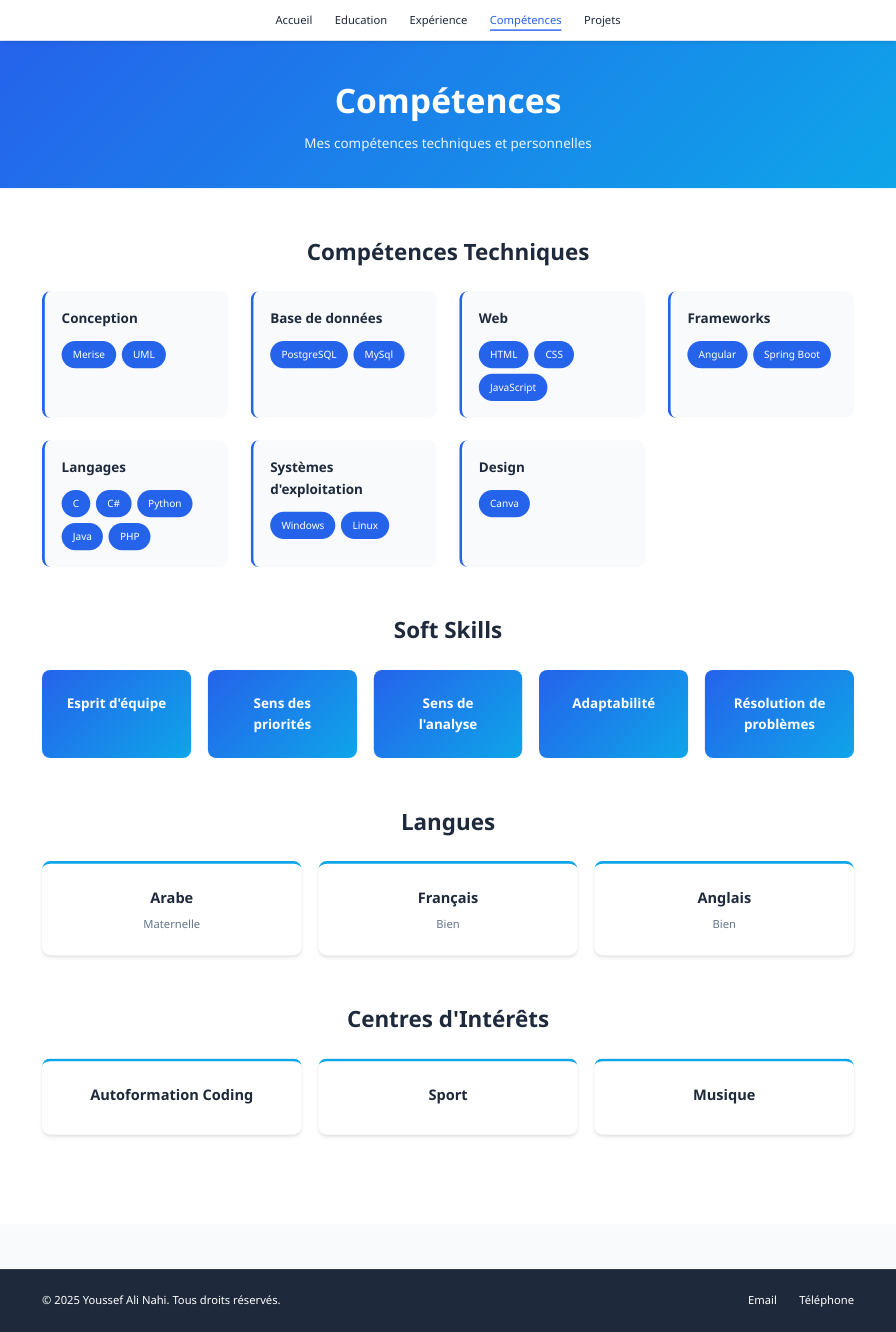
Repository: Youssef-Nahi504/My_Portfolio
Page: competences.html
An editor plug-in stored every save of this project. The page is shown before and after the next save, followed by the edit.
The browser window is 1280 px wide. The pictures show the whole page, at 70% of full size.

Above is the page before, as saved 2025-12-19 16:15:26.

### competences.html
<!DOCTYPE html>
<html lang="fr">
<head>
    <meta charset="UTF-8">
    <meta name="viewport" content="width=device-width, initial-scale=1.0">
    <title>Compétences - Youssef Ali Nahi</title>
    <link rel="stylesheet" href="style.css">
</head>
<body>
    <nav class="navbar">
        <div class="nav-container">
            <ul class="nav-menu">
                <li><a href="index.html">Accueil</a></li>
                <li><a href="Education.html" >Education</a></li>
                <li><a href="experience.html">Expérience</a></li>
                <li><a href="competences.html" class="active">Compétences</a></li>
                <li><a href="projets.html">Projets</a></li>
            </ul>
            <div class="hamburger">
                <span></span>
                <span></span>
                <span></span>
            </div>
        </div>
    </nav>

    <main>
        <section class="page-header">
            <div class="container">
                <h1>Compétences</h1>
                <p>Mes compétences techniques et personnelles</p>
            </div>
        </section>

        <section class="skills-section">
            <div class="container">
                <div class="skills-category">
                    <h2 class="category-title">Compétences Techniques</h2>
                    <div class="skills-grid">
                        <div class="skill-group">
                            <h3>Conception</h3>
                            <div class="skill-tags">
                                <span class="skill-tag">Merise</span>
                                <span class="skill-tag">UML</span>
                            </div>
                        </div>
                        <div class="skill-group">
                            <h3>Base de données</h3>
                            <div class="skill-tags">
                                <span class="skill-tag">PostgreSQL</span>
                                <span class="skill-tag">MySql</span>
                            </div>
                        </div>
                        <div class="skill-group">
                            <h3>Web</h3>
                            <div class="skill-tags">
                                <span class="skill-tag">HTML</span>
                                <span class="skill-tag">CSS</span>
                                <span class="skill-tag">JavaScript</span>
                            </div>
                        </div>
                        <div class="skill-group">
                            <h3>Frameworks</h3>
                            <div class="skill-tags">
                                <span class="skill-tag">Angular</span>
                                <span class="skill-tag">Spring Boot</span>
                            </div>
                        </div>
                        <div class="skill-group">
                            <h3>Langages</h3>
                            <div class="skill-tags">
                                <span class="skill-tag">C</span>
                                <span class="skill-tag">C#</span>
                                <span class="skill-tag">Python</span>
                                <span class="skill-tag">Java</span>
                                <span class="skill-tag">PHP</span>
                            </div>
                        </div>
                        <div class="skill-group">
                            <h3>Systèmes d'exploitation</h3>
                            <div class="skill-tags">
                                <span class="skill-tag">Windows</span>
                                <span class="skill-tag">Linux</span>
                            </div>
                        </div>
                        <div class="skill-group">
                            <h3>Design</h3>
                            <div class="skill-tags">
                                <span class="skill-tag">Canva</span>
                            </div>
                        </div>
                    </div>
                </div>

                <div class="skills-category">
                    <h2 class="category-title">Soft Skills</h2>
                    <div class="soft-skills-grid">
                        <div class="soft-skill-card">
                            <h3>Esprit d'équipe</h3>
                        </div>
                        <div class="soft-skill-card">
                            <h3>Sens des priorités</h3>
                        </div>
                        <div class="soft-skill-card">
                            <h3>Sens de l'analyse</h3>
                        </div>
                        <div class="soft-skill-card">
                            <h3>Adaptabilité</h3>
                        </div>
                        <div class="soft-skill-card">
                            <h3>Résolution de problèmes</h3>
                        </div>
                    </div>
                </div>

                <div class="skills-category">
                    <h2 class="category-title">Langues</h2>
                    <div class="languages-grid">
                        <div class="language-card">
                            <h3>Arabe</h3>
                            <p>Maternelle</p>
                        </div>
                        <div class="language-card">
                            <h3>Français</h3>
                            <p>Bien</p>
                        </div>
                        <div class="language-card">
                            <h3>Anglais</h3>
                            <p>Bien</p>
                        </div>
                    </div>
                </div>

                <div class="skills-category">
                    <h2 class="category-title">Centres d'Intérêts</h2>
                    <div class="interests-grid">
                        <div class="interest-card">
                            <h3>Autoformation Coding</h3>
                        </div>
                        <div class="interest-card">
                            <h3>Sport</h3>
                        </div>
                        <div class="interest-card">
                            <h3>Musique</h3>
                        </div>
                    </div>
                </div>
            </div>
        </section>
    </main>

    <footer>
        <div class="container">
            <p>&copy; 2025 Youssef Ali Nahi. Tous droits réservés.</p>
            <div class="footer-links">
                <a href="mailto:nahiyoussef02@gmail.com">Email</a>
                <a href="tel:+212619303473">Téléphone</a>
            </div>
        </div>
    </footer>

    <script src="file.js"></script>
</body>
</html>

### style.css
* {
    margin: 0;
    padding: 0;
    box-sizing: border-box;
}

:root {
    --primary-color: #2563eb;
    --primary-dark: #1e40af;
    --secondary-color: #64748b;
    --accent-color: #0ea5e9;
    --text-dark: #1e293b;
    --text-light: #64748b;
    --bg-light: #f8fafc;
    --bg-white: #ffffff;
    --border-color: #e2e8f0;
    --shadow: 0 4px 6px -1px rgba(0, 0, 0, 0.1), 0 2px 4px -1px rgba(0, 0, 0, 0.06);
    --shadow-lg: 0 10px 15px -3px rgba(0, 0, 0, 0.1), 0 4px 6px -2px rgba(0, 0, 0, 0.05);
}

body {
    font-family: 'Segoe UI', Tahoma, Geneva, Verdana, sans-serif;
    line-height: 1.6;
    color: var(--text-dark);
    background-color: var(--bg-light);
}

.container {
    max-width: 1200px;
    margin: 0 auto;
    padding: 0 20px;
}

/* Navigation */
.navbar {
    background: var(--bg-white);
    box-shadow: var(--shadow);
    position: sticky;
    top: 0;
    z-index: 1000;
    padding: 1rem 0;
}

.nav-container {
    max-width: 1200px;
    margin: 0 auto;
    padding: 0 20px;
    display: flex;
  justify-content: center; /* horizontal */
  align-items: center;
}

.logo {
    font-size: 1.5rem;
    font-weight: bold;
    color: var(--primary-color);
    letter-spacing: 2px;
}

.nav-menu {
    display: flex;
    list-style: none;
    gap: 2rem;
}

.nav-menu a {
    text-decoration: none;
    color: var(--text-dark);
    font-weight: 500;
    transition: color 0.3s ease;
    position: relative;
}

.nav-menu a:hover,
.nav-menu a.active {
    color: var(--primary-color);
}

.nav-menu a.active::after {
    content: '';
    position: absolute;
    bottom: -5px;
    left: 0;
    width: 100%;
    height: 2px;
    background: var(--primary-color);
}

.hamburger {
    display: none;
    flex-direction: column;
    cursor: pointer;
    gap: 4px;
}

.hamburger span {
    width: 25px;
    height: 3px;
    background: var(--text-dark);
    transition: all 0.3s ease;
}

/* Hero Section */
.hero {
    background: linear-gradient(135deg, var(--primary-color) 0%, var(--accent-color) 100%);
    color: white;
    padding: 4rem 0;
    min-height: 80vh;
    display: flex;
    align-items: center;
}

.hero-content {
    max-width: 1200px;
    margin: 0 auto;
    padding: 0 20px;
    display: grid;
    grid-template-columns: 1fr 1fr;
    gap: 3rem;
    align-items: center;
}

.hero-text h1 {
    font-size: 3rem;
    margin-bottom: 0.5rem;
    font-weight: 700;
}

.hero-text h2 {
    font-size: 1.5rem;
    margin-bottom: 1.5rem;
    opacity: 0.9;
    font-weight: 400;
}

.hero-subtitle {
    font-size: 1.1rem;
    margin-bottom: 2rem;
    opacity: 0.95;
    line-height: 1.8;
}

.hero-buttons {
    display: flex;
    gap: 1rem;
    flex-wrap: wrap;
}

.btn {
    padding: 0.75rem 2rem;
    border-radius: 8px;
    text-decoration: none;
    font-weight: 600;
    transition: all 0.3s ease;
    display: inline-block;
}

.btn-primary {
    background: white;
    color: var(--primary-color);
}

.btn-primary:hover {
    transform: translateY(-2px);
    box-shadow: var(--shadow-lg);
}

.btn-secondary {
    background: transparent;
    color: white;
    border: 2px solid white;
}

.btn-secondary:hover {
    background: white;
    color: var(--primary-color);
}

.profile-card {
    background: rgba(255, 255, 255, 0.1);
    backdrop-filter: blur(10px);
    border-radius: 16px;
    padding: 2rem;
    border: 1px solid rgba(255, 255, 255, 0.2);
}

.profile-info p {
    margin-bottom: 1rem;
    font-size: 1rem;
}

.profile-info strong {
    display: inline-block;
    width: 140px;
}

/* About Section */
.about {
    padding: 4rem 0;
    background: var(--bg-white);
}

.section-title {
    font-size: 2.5rem;
    margin-bottom: 2rem;
    text-align: center;
    color: var(--text-dark);
}

.about-content {
    max-width: 800px;
    margin: 0 auto 3rem;
    text-align: center;
}

.about-content p {
    font-size: 1.1rem;
    color: var(--text-light);
    margin-bottom: 1.5rem;
    line-height: 1.8;
}

.quick-links {
    display: grid;
    grid-template-columns: repeat(auto-fit, minmax(250px, 1fr));
    gap: 2rem;
    margin-top: 3rem;
}

.quick-link-card {
    background: var(--bg-white);
    padding: 2rem;
    border-radius: 12px;
    text-decoration: none;
    color: var(--text-dark);
    box-shadow: var(--shadow);
    transition: all 0.3s ease;
    border: 2px solid transparent;
}

.quick-link-card:hover {
    transform: translateY(-5px);
    box-shadow: var(--shadow-lg);
    border-color: var(--primary-color);
}

.quick-link-card h3 {
    color: var(--primary-color);
    margin-bottom: 0.5rem;
    font-size: 1.5rem;
}

.quick-link-card p {
    color: var(--text-light);
}

/* Page Header */
.page-header {
    background: linear-gradient(135deg, var(--primary-color) 0%, var(--accent-color) 100%);
    color: white;
    padding: 3rem 0;
    text-align: center;
}

.page-header h1 {
    font-size: 3rem;
    margin-bottom: 0.5rem;
}

.page-header p {
    font-size: 1.2rem;
    opacity: 0.9;
}

/* Experience Section */
.experience-section {
    padding: 4rem 0;
    background: var(--bg-white);
}

.timeline {
    position: relative;
    max-width: 900px;
    margin: 0 auto;
    padding: 2rem 0;
}

.timeline::before {
    content: '';
    position: absolute;
    left: 30px;
    top: 0;
    bottom: 0;
    width: 2px;
    background: var(--border-color);
}

.timeline-item {
    position: relative;
    margin-bottom: 3rem;
    padding-left: 80px;
}

.timeline-marker {
    position: absolute;
    left: 22px;
    top: 0;
    width: 16px;
    height: 16px;
    border-radius: 50%;
    background: var(--primary-color);
    border: 4px solid var(--bg-white);
    box-shadow: var(--shadow);
}

.timeline-content {
    background: var(--bg-white);
    padding: 2rem;
    border-radius: 12px;
    box-shadow: var(--shadow);
    transition: all 0.3s ease;
}

.timeline-content:hover {
    box-shadow: var(--shadow-lg);
    transform: translateX(5px);
}

.timeline-date {
    color: var(--primary-color);
    font-weight: 600;
    margin-bottom: 0.5rem;
    font-size: 0.9rem;
}

.timeline-content h3 {
    color: var(--text-dark);
    margin-bottom: 0.25rem;
    font-size: 1.5rem;
}

.timeline-content h4 {
    color: var(--text-light);
    margin-bottom: 1rem;
    font-weight: 500;
}

.timeline-content ul {
    list-style: none;
    padding-left: 0;
}

.timeline-content li {
    padding-left: 1.5rem;
    position: relative;
    margin-bottom: 0.5rem;
    color: var(--text-light);
}

.timeline-content li::before {
    content: '▸';
    position: absolute;
    left: 0;
    color: var(--primary-color);
}

/* Education Section */
.education-section {
    padding: 4rem 0;
    background: var(--bg-light);
}

.education-grid {
    display: grid;
    grid-template-columns: repeat(auto-fit, minmax(300px, 1fr));
    gap: 2rem;
    max-width: 900px;
    margin: 0 auto;
}

.education-card {
    background: var(--bg-white);
    padding: 2rem;
    border-radius: 12px;
    box-shadow: var(--shadow);
    transition: all 0.3s ease;
    border-top: 4px solid var(--primary-color);
}

.education-card:hover {
    transform: translateY(-5px);
    box-shadow: var(--shadow-lg);
}

.education-year {
    color: var(--primary-color);
    font-weight: 600;
    margin-bottom: 1rem;
    font-size: 0.9rem;
}

.education-card h3 {
    color: var(--text-dark);
    margin-bottom: 0.5rem;
    font-size: 1.3rem;
}

.education-card h4 {
    color: var(--text-light);
    margin-bottom: 1rem;
    font-weight: 500;
}

.education-institution {
    color: var(--text-light);
    font-style: italic;
}

/* Skills Section */
.skills-section {
    padding: 4rem 0;
    background: var(--bg-white);
}

.skills-category {
    margin-bottom: 4rem;
}

.category-title {
    font-size: 2rem;
    margin-bottom: 2rem;
    color: var(--text-dark);
    text-align: center;
}

.skills-grid {
    display: grid;
    grid-template-columns: repeat(auto-fit, minmax(250px, 1fr));
    gap: 2rem;
}

.skill-group {
    background: var(--bg-light);
    padding: 1.5rem;
    border-radius: 12px;
    border-left: 4px solid var(--primary-color);
}

.skill-group h3 {
    color: var(--text-dark);
    margin-bottom: 1rem;
    font-size: 1.2rem;
}

.skill-tags {
    display: flex;
    flex-wrap: wrap;
    gap: 0.5rem;
}

.skill-tag {
    background: var(--primary-color);
    color: white;
    padding: 0.5rem 1rem;
    border-radius: 20px;
    font-size: 0.9rem;
    font-weight: 500;
}

.soft-skills-grid {
    display: grid;
    grid-template-columns: repeat(auto-fit, minmax(200px, 1fr));
    gap: 1.5rem;
}

.soft-skill-card {
    background: linear-gradient(135deg, var(--primary-color) 0%, var(--accent-color) 100%);
    color: white;
    padding: 2rem;
    border-radius: 12px;
    text-align: center;
    transition: all 0.3s ease;
}

.soft-skill-card:hover {
    transform: translateY(-5px);
    box-shadow: var(--shadow-lg);
}

.soft-skill-card h3 {
    font-size: 1.2rem;
}

.languages-grid,
.interests-grid {
    display: grid;
    grid-template-columns: repeat(auto-fit, minmax(200px, 1fr));
    gap: 1.5rem;
}

.language-card,
.interest-card {
    background: var(--bg-white);
    padding: 2rem;
    border-radius: 12px;
    box-shadow: var(--shadow);
    text-align: center;
    transition: all 0.3s ease;
    border-top: 4px solid var(--accent-color);
}

.language-card:hover,
.interest-card:hover {
    transform: translateY(-5px);
    box-shadow: var(--shadow-lg);
}

.language-card h3,
.interest-card h3 {
    color: var(--text-dark);
    margin-bottom: 0.5rem;
    font-size: 1.3rem;
}

.language-card p {
    color: var(--text-light);
    font-weight: 500;
}

/* Projects Section */
.projects-section {
    padding: 4rem 0;
    background: var(--bg-white);
}

.projects-grid {
    display: grid;
    grid-template-columns: repeat(auto-fit, minmax(300px, 1fr));
    gap: 2rem;
}

.project-card {
    background: var(--bg-white);
    padding: 2rem;
    border-radius: 12px;
    box-shadow: var(--shadow);
    transition: all 0.3s ease;
    border-top: 4px solid var(--primary-color);
}

.project-card:hover {
    transform: translateY(-5px);
    box-shadow: var(--shadow-lg);
}

.project-icon {
    font-size: 3rem;
    margin-bottom: 1rem;
}

.project-card h3 {
    color: var(--text-dark);
    margin-bottom: 0.75rem;
    font-size: 1.4rem;
}

.project-tech {
    color: var(--primary-color);
    font-weight: 600;
    margin-bottom: 1rem;
    font-size: 0.9rem;
}

.project-description {
    color: var(--text-light);
    line-height: 1.7;
}

/* Footer */
footer {
    background: var(--text-dark);
    color: white;
    padding: 2rem 0;
    margin-top: 4rem;
}

footer .container {
    display: flex;
    justify-content: space-between;
    align-items: center;
    flex-wrap: wrap;
    gap: 1rem;
}

.footer-links {
    display: flex;
    gap: 2rem;
}

.footer-links a {
    color: white;
    text-decoration: none;
    transition: color 0.3s ease;
}

.footer-links a:hover {
    color: var(--accent-color);
}

/* Responsive Design */
@media (max-width: 768px) {
    .hamburger {
        display: flex;
    }

    .nav-menu {
        position: fixed;
        left: -100%;
        top: 70px;
        flex-direction: column;
        background: var(--bg-white);
        width: 100%;
        text-align: center;
        transition: 0.3s;
        box-shadow: var(--shadow);
        padding: 2rem 0;
        gap: 0;
    }

    .nav-menu.active {
        left: 0;
    }

    .nav-menu li {
        margin: 1rem 0;
    }

    .hero-content {
        grid-template-columns: 1fr;
        text-align: center;
    }

    .hero-text h1 {
        font-size: 2rem;
    }

    .hero-text h2 {
        font-size: 1.2rem;
    }

    .section-title {
        font-size: 2rem;
    }

    .page-header h1 {
        font-size: 2rem;
    }

    .timeline::before {
        left: 15px;
    }

    .timeline-item {
        padding-left: 50px;
    }

    .timeline-marker {
        left: 7px;
    }

    .quick-links {
        grid-template-columns: 1fr;
    }

    footer .container {
        flex-direction: column;
        text-align: center;
    }
}

@media (max-width: 480px) {
    .hero {
        padding: 2rem 0;
        min-height: auto;
    }

    .hero-text h1 {
        font-size: 1.5rem;
    }

    .btn {
        padding: 0.6rem 1.5rem;
        font-size: 0.9rem;
    }

    .projects-grid,
    .education-grid {
        grid-template-columns: 1fr;
    }
}

### file.js
// Mobile Navigation Toggle
const hamburger = document.querySelector('.hamburger');
const navMenu = document.querySelector('.nav-menu');

if (hamburger && navMenu) {
    hamburger.addEventListener('click', () => {
        navMenu.classList.toggle('active');

        // Animate hamburger
        const spans = hamburger.querySelectorAll('span');
        if (navMenu.classList.contains('active')) {
            spans[0].style.transform = 'rotate(45deg) translate(5px, 5px)';
            spans[1].style.opacity = '0';
            spans[2].style.transform = 'rotate(-45deg) translate(7px, -6px)';
        } else {
            spans[0].style.transform = 'none';
            spans[1].style.opacity = '1';
            spans[2].style.transform = 'none';
        }
    });

    // Close menu when clicking on a link
    document.querySelectorAll('.nav-menu a').forEach(link => {
        link.addEventListener('click', () => {
            navMenu.classList.remove('active');
            const spans = hamburger.querySelectorAll('span');
            spans[0].style.transform = 'none';
            spans[1].style.opacity = '1';
            spans[2].style.transform = 'none';
        });
    });

    // Close menu when clicking outside
    document.addEventListener('click', (e) => {
        if (!hamburger.contains(e.target) && !navMenu.contains(e.target)) {
            navMenu.classList.remove('active');
            const spans = hamburger.querySelectorAll('span');
            spans[0].style.transform = 'none';
            spans[1].style.opacity = '1';
            spans[2].style.transform = 'none';
        }
    });
}

// Smooth scroll for anchor links
document.querySelectorAll('a[href^="#"]').forEach(anchor => {
    anchor.addEventListener('click', function (e) {
        e.preventDefault();
        const target = document.querySelector(this.getAttribute('href'));
        if (target) {
            target.scrollIntoView({
                behavior: 'smooth',
                block: 'start'
            });
        }
    });
});

// Add scroll animation
const observerOptions = {
    threshold: 0.1,
    rootMargin: '0px 0px -50px 0px'
};

const observer = new IntersectionObserver((entries) => {
    entries.forEach(entry => {
        if (entry.isIntersecting) {
            entry.target.style.opacity = '1';
            entry.target.style.transform = 'translateY(0)';
        }
    });
}, observerOptions);

// Observe elements for animation
document.addEventListener('DOMContentLoaded', () => {
    const animateElements = document.querySelectorAll('.project-card, .education-card, .timeline-item, .skill-group, .soft-skill-card, .language-card, .interest-card, .quick-link-card');

    animateElements.forEach(el => {
        el.style.opacity = '0';
        el.style.transform = 'translateY(20px)';
        el.style.transition = 'opacity 0.6s ease, transform 0.6s ease';
        observer.observe(el);
    });
});

// Add active page highlighting
document.addEventListener('DOMContentLoaded', () => {
    const currentPage = window.location.pathname.split('/').pop() || 'index.html';
    const navLinks = document.querySelectorAll('.nav-menu a');

    navLinks.forEach(link => {
        const linkPage = link.getAttribute('href');
        if (linkPage === currentPage || (currentPage === '' && linkPage === 'index.html')) {
            link.classList.add('active');
        } else {
            link.classList.remove('active');
        }
    });
});

After the next save:
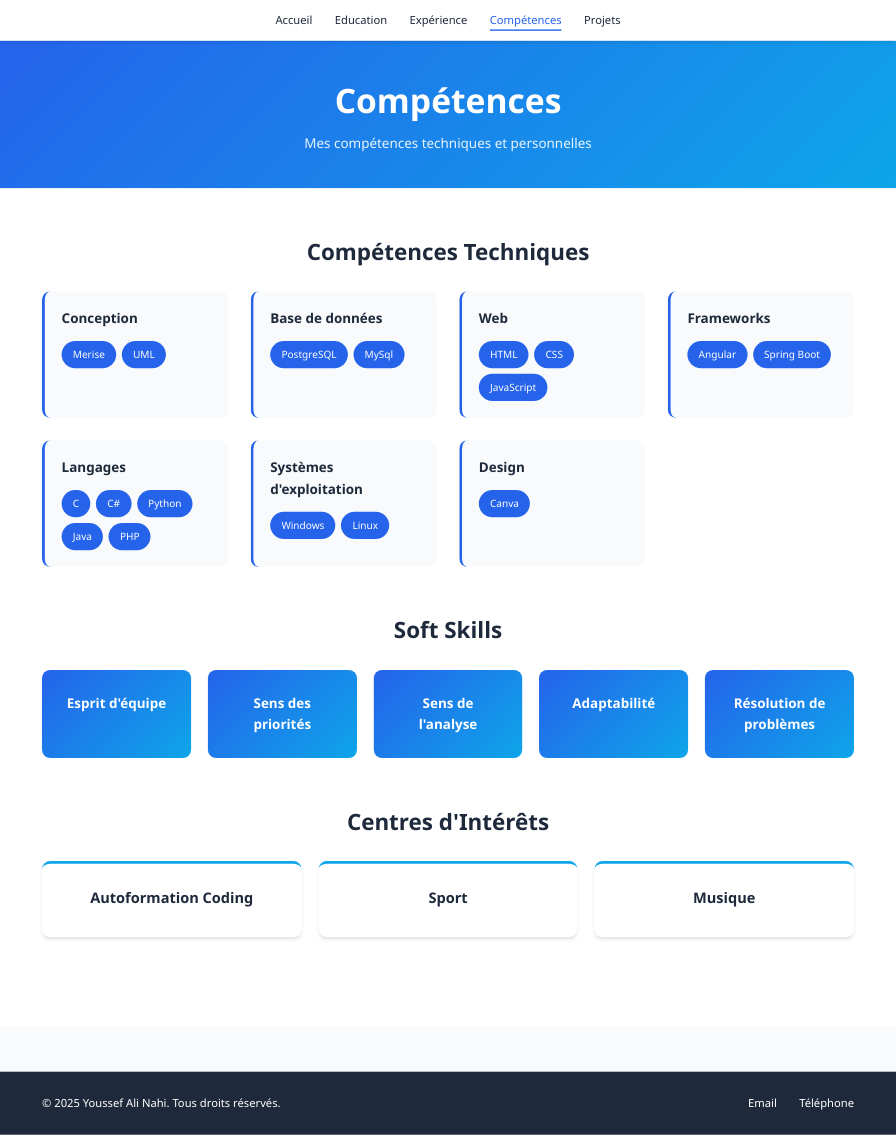
Saved 3 min 44 s later.
--- a/competences.html
+++ b/competences.html
@@ -114,24 +114,6 @@
                 </div>
 
                 <div class="skills-category">
-                    <h2 class="category-title">Langues</h2>
-                    <div class="languages-grid">
-                        <div class="language-card">
-                            <h3>Arabe</h3>
-                            <p>Maternelle</p>
-                        </div>
-                        <div class="language-card">
-                            <h3>Français</h3>
-                            <p>Bien</p>
-                        </div>
-                        <div class="language-card">
-                            <h3>Anglais</h3>
-                            <p>Bien</p>
-                        </div>
-                    </div>
-                </div>
-
-                <div class="skills-category">
                     <h2 class="category-title">Centres d'Intérêts</h2>
                     <div class="interests-grid">
                         <div class="interest-card">
